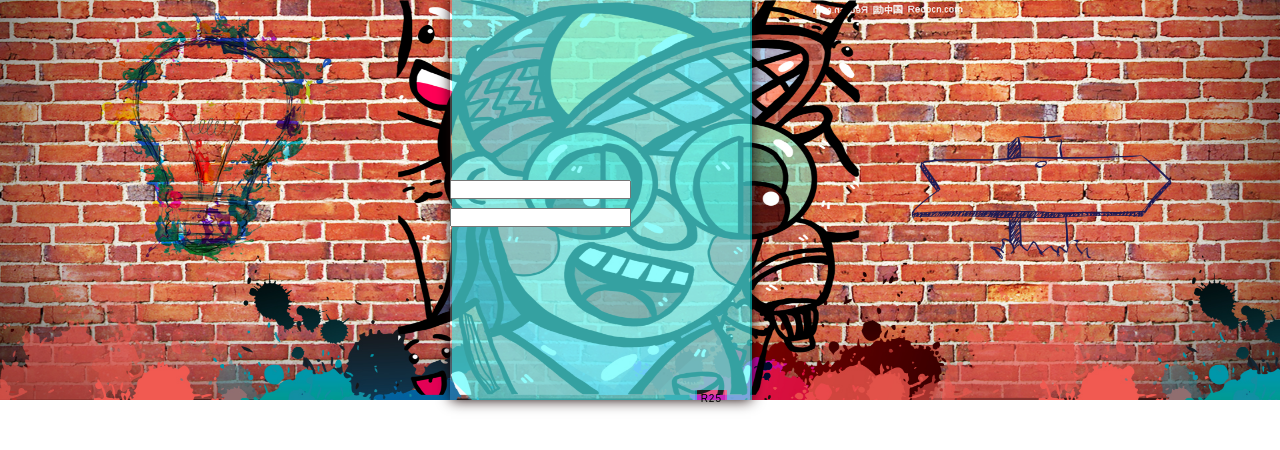
Repository: yezhonghu0503/brainstorming
Page: /
An editor plug-in stored every save of this project. The page is shown before and after the next save, followed by the edit.
The browser window is 1280 px wide. The pictures show the whole page.
The project was rebuilt for these pictures with package versions that can differ from the ones it lists, and the page was loaded fresh each time. Also part of the build but not shown: vite.config.ts.

Above is the page before, as saved 2022-10-11 17:59:29.

After the next save:
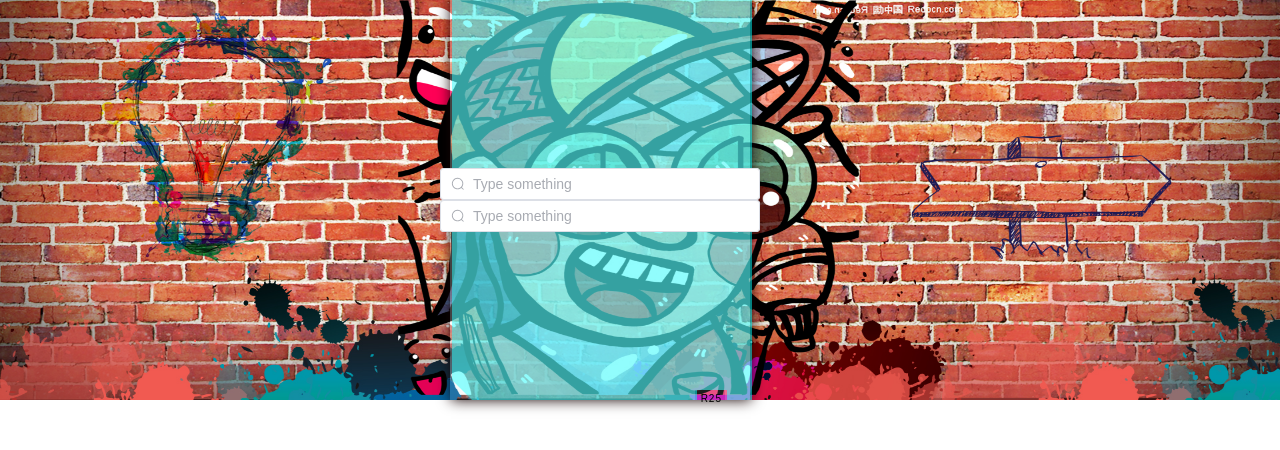
Saved 3 min 24 s later.
--- a/src/views/login/2077win/index.vue
+++ b/src/views/login/2077win/index.vue
@@ -1,18 +1,38 @@
 <script lang="ts">
-
-let formdata = new FormData();
+import { ref } from 'vue'
+import { Calendar, Search } from '@element-plus/icons-vue'
+const input1 = ref('')
+const input2 = ref('')
+
 export default {
-  setup() {},
+  setup() {
+    return {
+      input1,
+      input2
+    }
+  },
 };
 </script>
 
 <template>
-
     <div class="button">
       <div class="glitch"></div>
       <div class="text" data-text="登录">
-        <input class="username" type="text" />
-        <input class="password" type="text" />
+        <div class="demo-input-suffix">
+          <el-row :gutter="20">
+            <el-input v-model="input1" class="w-50 m-2" placeholder="Type something">
+              <template #prefix>
+                <el-icon class="el-input__icon"><search /></el-icon>
+              </template>
+            </el-input>
+
+            <el-input v-model="input2" class="w-50 m-2" placeholder="Type something">
+              <template #prefix>
+                <el-icon class="el-input__icon"><search /></el-icon>
+              </template>
+            </el-input>
+          </el-row>
+        </div>
       </div>
       <span class="platform">R25</span>
     </div>
